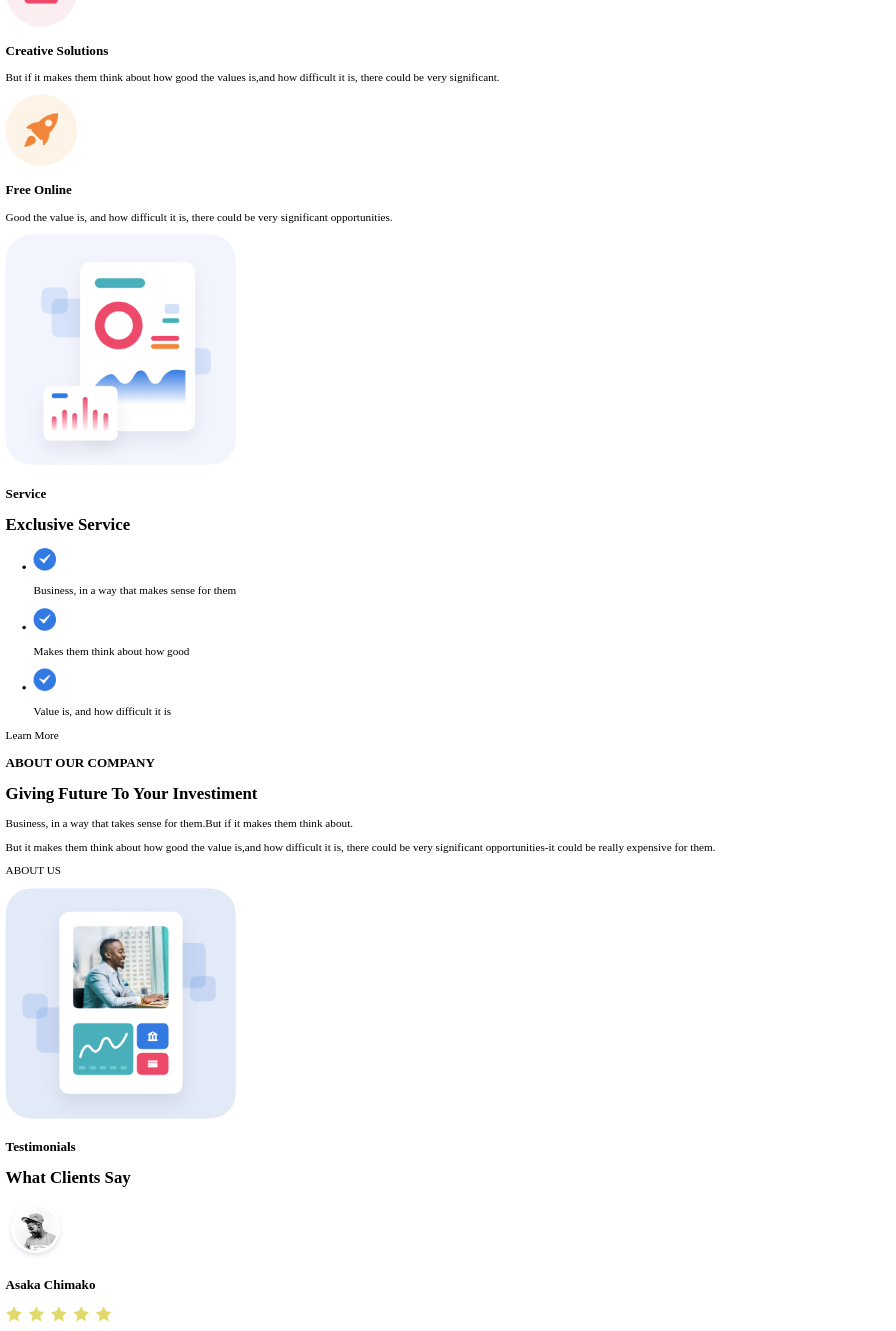
Repository: juniorAntunes910/Make-Money-Design-Avaliacao
Page: index.html
These files come from the project's save history. The page is drawn as it stood at one moment and after the next save; the edit follows.
The browser window is 1280 px wide. The pictures show the part of the page from y = 970 to 2890 px (the page is 2872 px tall before and 2890 px after), at 70% of full size.

Above is the page before, as saved 2026-03-12 10:19:45.

After the next save:
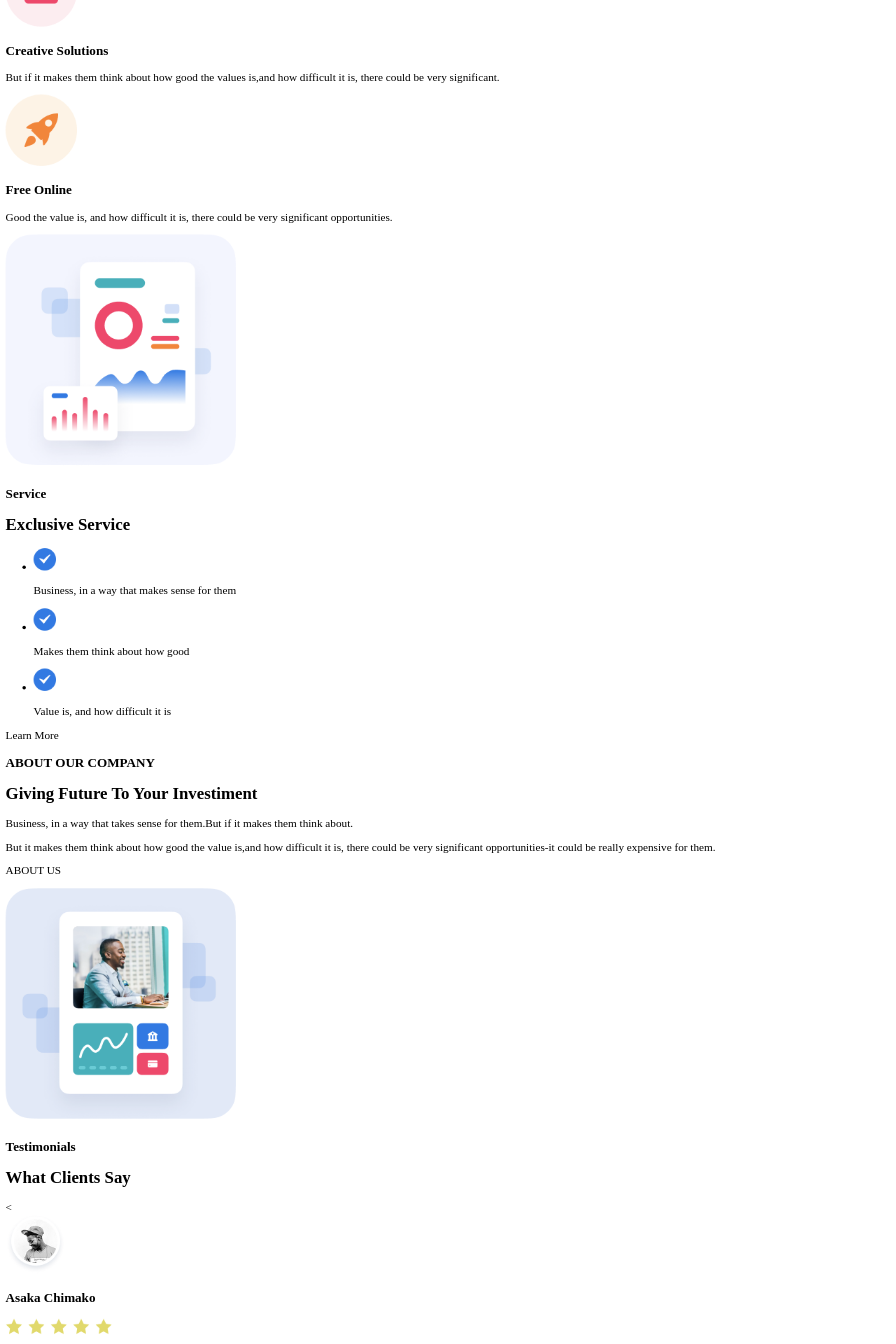
Saved 4 s later.
--- a/index.html
+++ b/index.html
@@ -249,7 +249,7 @@
 
                 <div class="testimonials-cards-box-card">
 
-                    <div class="testimonials-cards-box-card-header">
+                    <div class="testimonials-cards-box-card-header"><
                         <div class="testimonials-cards-box-card-header-img-person">
                             <img src="Assets/Mobile/testimonials/persons/img-person1-mobile.png"
                             alt="Imagem de uma pessoa com boné, filtro preto e branco olhando para baixo enquanto sorri">

After the save that followed:
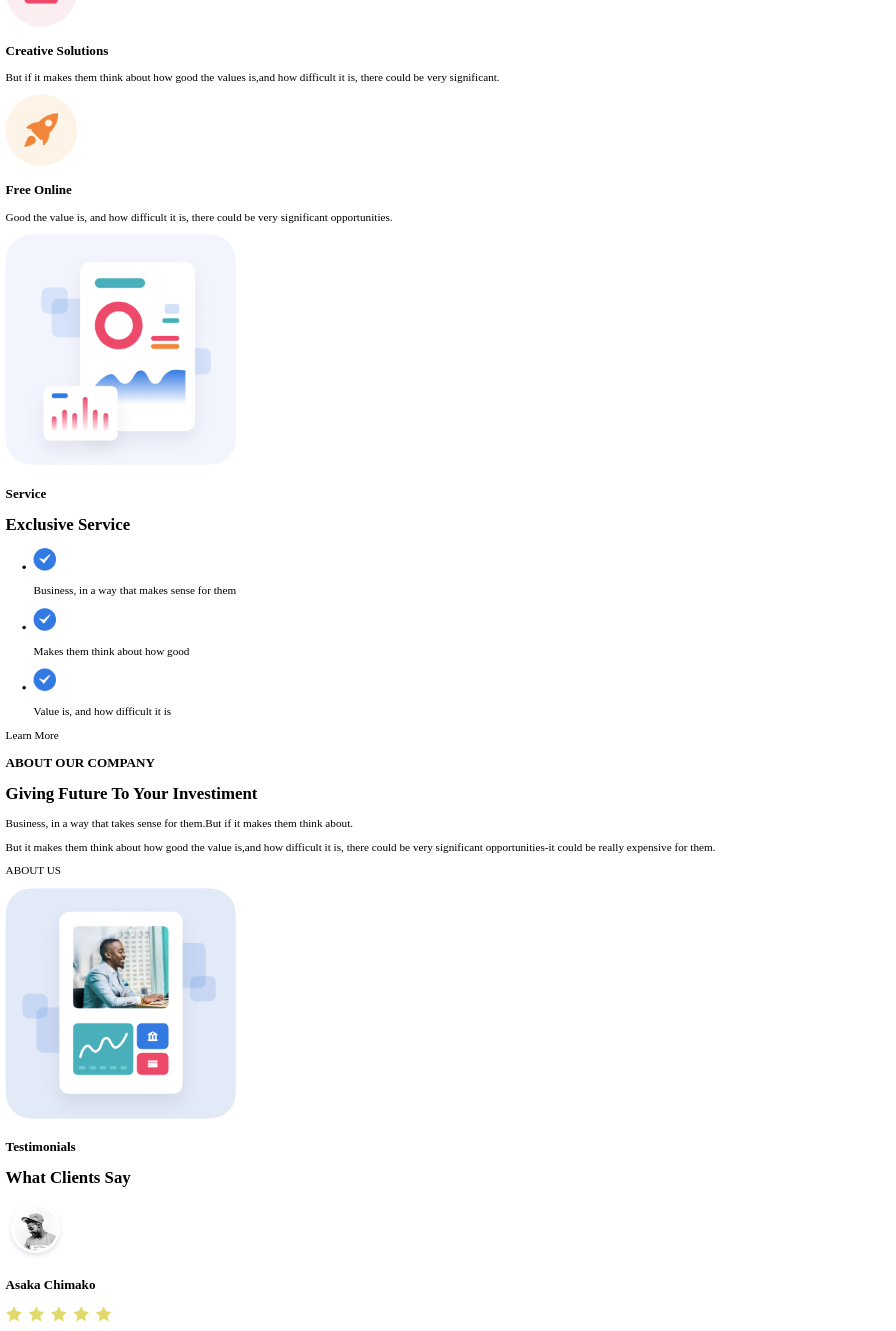
Saved 6 s later.
--- a/index.html
+++ b/index.html
@@ -249,7 +249,7 @@
 
                 <div class="testimonials-cards-box-card">
 
-                    <div class="testimonials-cards-box-card-header"><
+                    <div class="testimonials-cards-box-card-header"><!--Person 1-->
                         <div class="testimonials-cards-box-card-header-img-person">
                             <img src="Assets/Mobile/testimonials/persons/img-person1-mobile.png"
                             alt="Imagem de uma pessoa com boné, filtro preto e branco olhando para baixo enquanto sorri">
